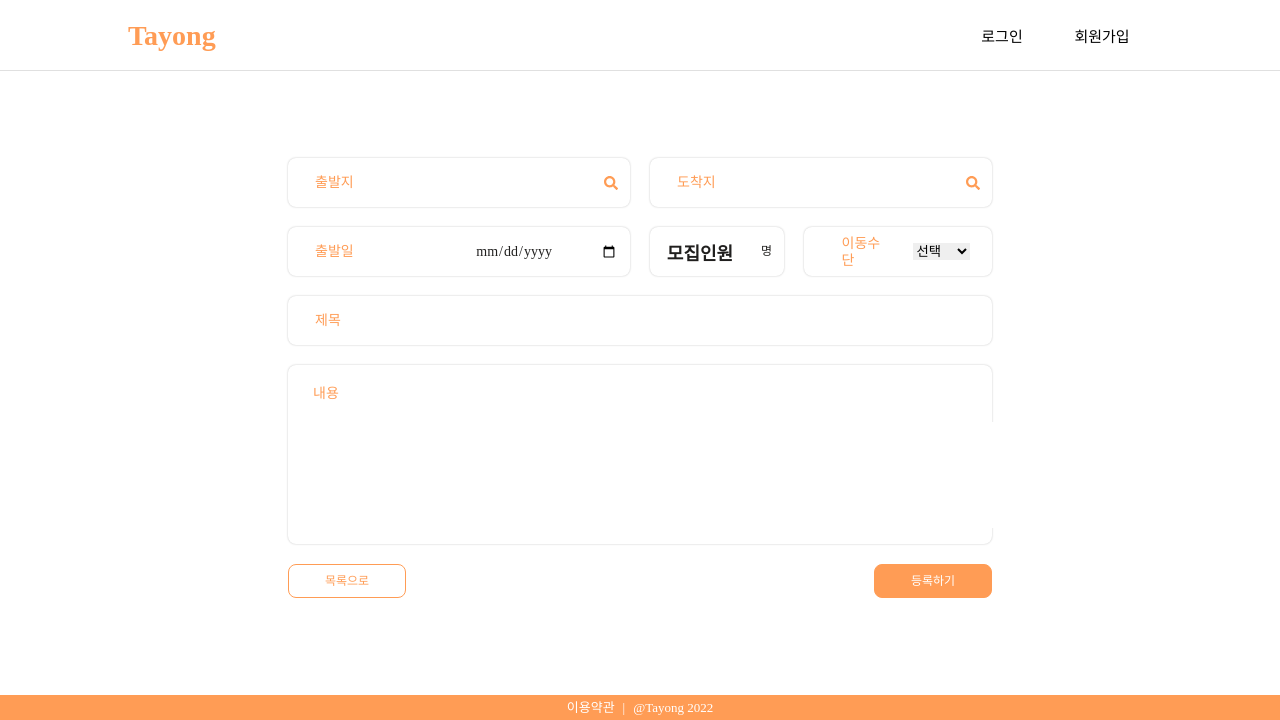
Repository: YEOMJINSEOP/Tayong
Page: /create (app in react/)
These files come from the project's save history. The page is drawn as it stood at one moment and after the next save; the edit follows.
The browser window is 1280 px wide. The pictures show the whole page.
The page's requests for data from a server got no answer. Some web fonts or font styles are not loaded; a fallback is used. The project was rebuilt for these pictures with package versions that can differ from the ones it lists, and the page was loaded fresh each time. No one was signed in, and anything a server would have sent is missing. Also part of the build but not shown: react/src/components/departure/departure.jsx, react/src/components/arrival/arrival.jsx, react/src/components/locationSelector/locationSelector.jsx, react/src/pages/Home.jsx, react/src/components/meetDetail/meetDetail.jsx, react/src/pages/Detail.jsx, react/src/components/meet/meet.jsx, react/src/components/list/meetList.jsx and 5 more.

Above is the page before, as saved 2022-12-09 10:35:05.

After the next save:
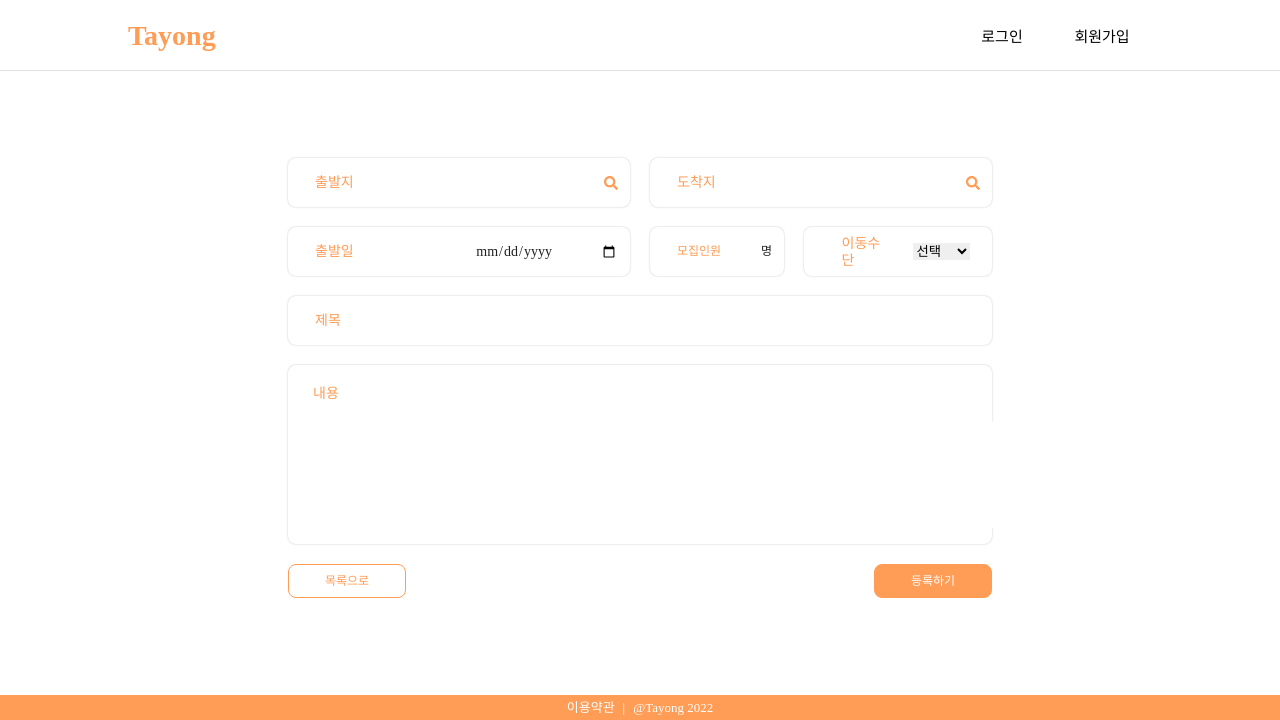
Saved 16 s later.
--- a/react/src/components/form/form.module.css
+++ b/react/src/components/form/form.module.css
@@ -15,6 +15,19 @@
   font-family: var(--font-family-pretendard-regular);
   font-weight: 500;
   font-size: 14px;
+  line-height: 17px;
+  color: var(--color-orange);
+
+  width: 50px;
+  margin-left: 15px;
+
+  text-align: left;
+}
+
+.formLabelRC{
+  font-family: var(--font-family-pretendard-regular);
+  font-weight: 500;
+  font-size: 12px;
   line-height: 17px;
   color: var(--color-orange);
 
